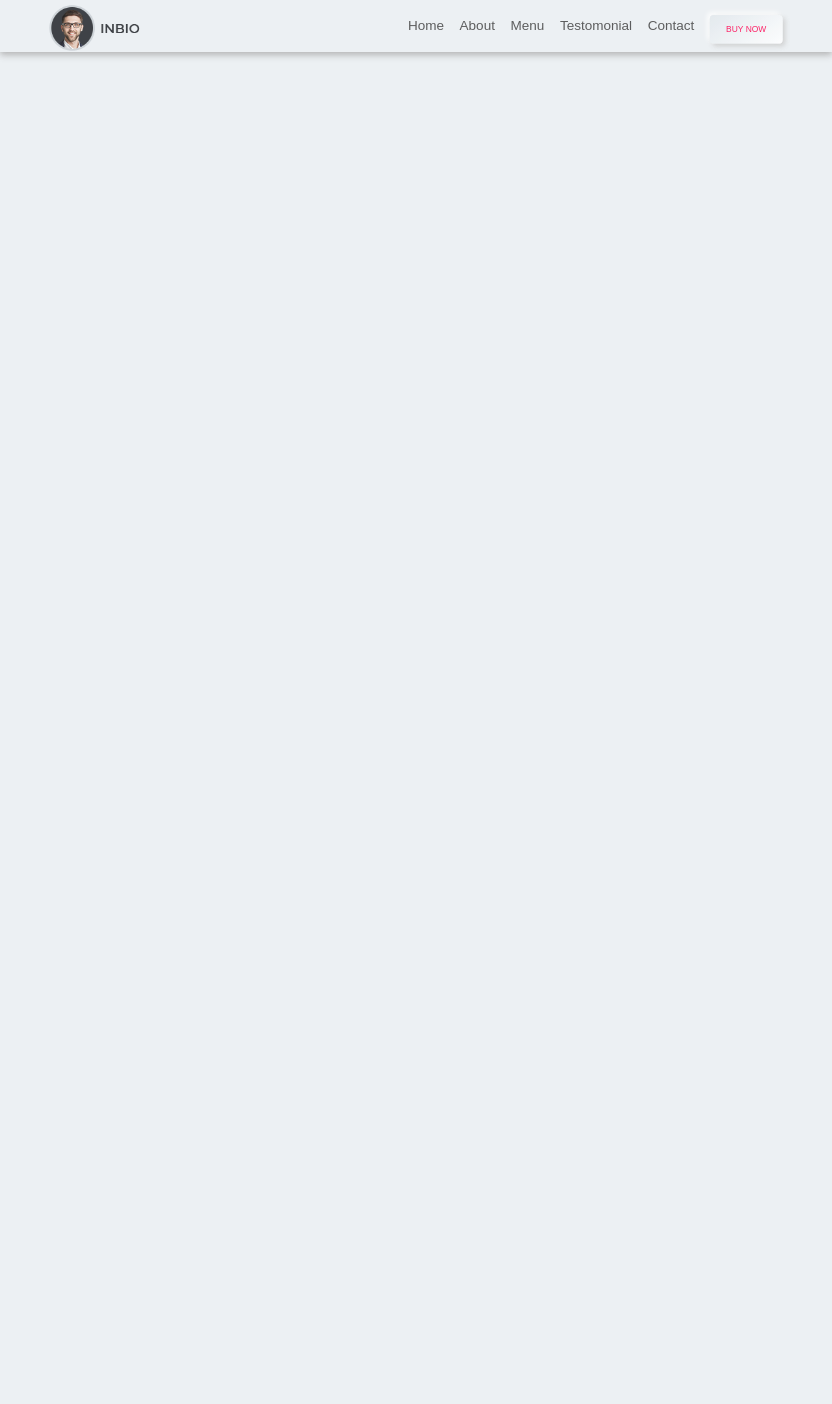
Repository: Sanjayjangra88/PortFolio
Page: /
These files come from the project's save history. The page is drawn as it stood at one moment and after the next save; the edit follows.
The browser window is 1280 px wide. The pictures show the whole page, at 65% of full size.
Some web libraries are served in a nearby version. The project was rebuilt for these pictures with package versions that can differ from the ones it lists, and the page was loaded fresh each time. Imported but missing from the stored project, and not drawn on this page: src/Components/Header/Navbar.

Above is the page before, as saved 2022-09-10 17:57:44.

After the next save:
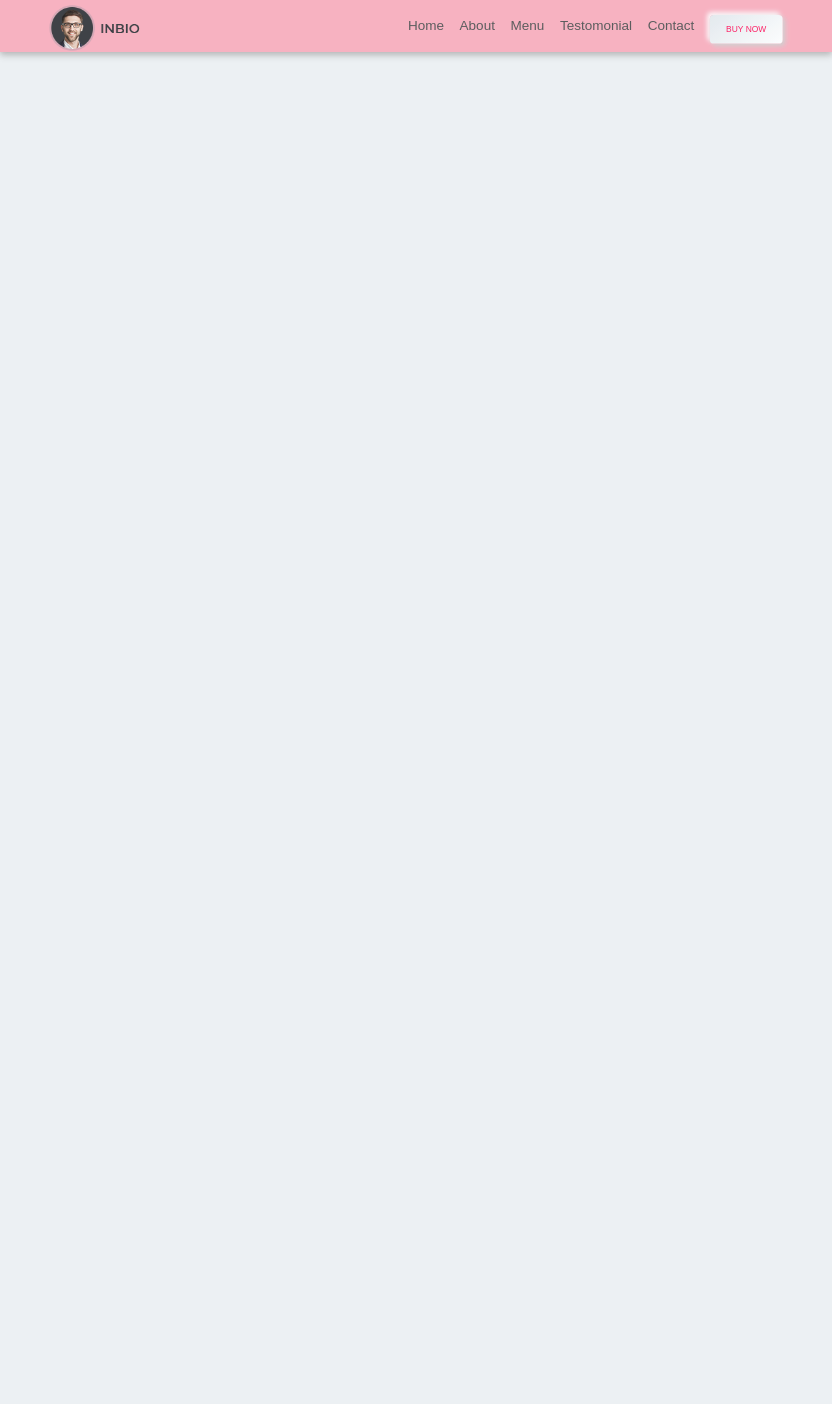
Saved 113 s later.
--- a/src/Components/Header/header.css
+++ b/src/Components/Header/header.css
@@ -26,7 +26,7 @@
     box-shadow: 0px 5px 10px 0px #aaa;
     position: fixed;
     width: 100%;
-    background: #EOECOE;
+    background: #FAA7B8;
     color: #000;
     opacity: 0.85;
     z-index: 100;
